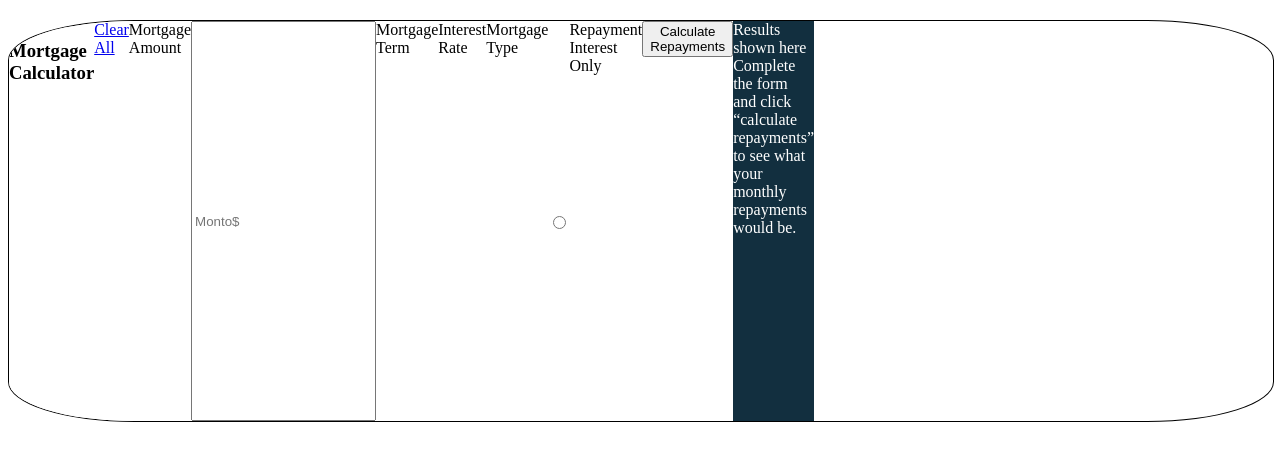
Repository: GravielPV/Mortgage-repayment-calculator
Page: index.html
These files come from the project's save history. The page is drawn as it stood at one moment and after the next save; the edit follows.
The browser window is 1280 px wide. The pictures show the whole page.

Above is the page before, as saved 2025-12-11 16:54:18.

### index.html
<!DOCTYPE html>
<html lang="en">
<head>
  <meta charset="UTF-8">
  <meta name="viewport" content="width=device-width, initial-scale=1.0"> <!-- displays site properly based on user's device -->

  <link rel="icon" type="image/png" sizes="32x32" href="./assets/images/favicon-32x32.png">
  <link rel="stylesheet" href="styles.css">
  <title>Frontend Mentor | Mortgage repayment calculator</title>


</head>
<body>
  <div class="carta">

    <div class="lado izquierdo">

 <h3> Mortgage Calculator </h3>
  <a href="#">Clear All</a>

  <label for="mortgage">Mortgage Amount</label>
<input type="text" name="mortgage" id="input-mortgage" placeholder="Monto$">
<label for="">Mortgage Term</label>
<label for=""> Interest Rate</label>
  <label for="">Mortgage Type</label>
  <input type="radio">
  Repayment
  Interest Only
    </input>
  <div class="boton">

    <button>Calculate Repayments</button>
  </div>

  <!-- Empty results start -->

  <div class="lado derecho">

  Results shown here

  Complete the form and click “calculate repayments” to see what
  your monthly repayments would be.
  </div>

  <!-- Empty results end -->

  <!-- Completed results start -->

  <div class="resultado">
  Your results

  Your results are shown below based on the information you provided.
  To adjust the results, edit the form and click “calculate repayments” again.

  Your monthly repayments

  Total you'll repay over the term
  </div>

  </div>

  <!-- Completed results end -->

</body>
</html>

### styles.css
.carta{
    width: 100%;
    height: 400px;
display: flex;
margin: 20px auto;
border-radius: 10%;
border: 1px solid rgb(0, 0, 0);
 overflow: hidden;
}

.lado{
    width: 50%;
    display: flex;

}

.izquierdo{
display: flex;
    background-color: rgb(255, 255, 255);
}

.derecho{

    background-color: hsl(202, 55%, 16%);
    color: white;
}

.resultado{
    display: none;
}

After the next save:
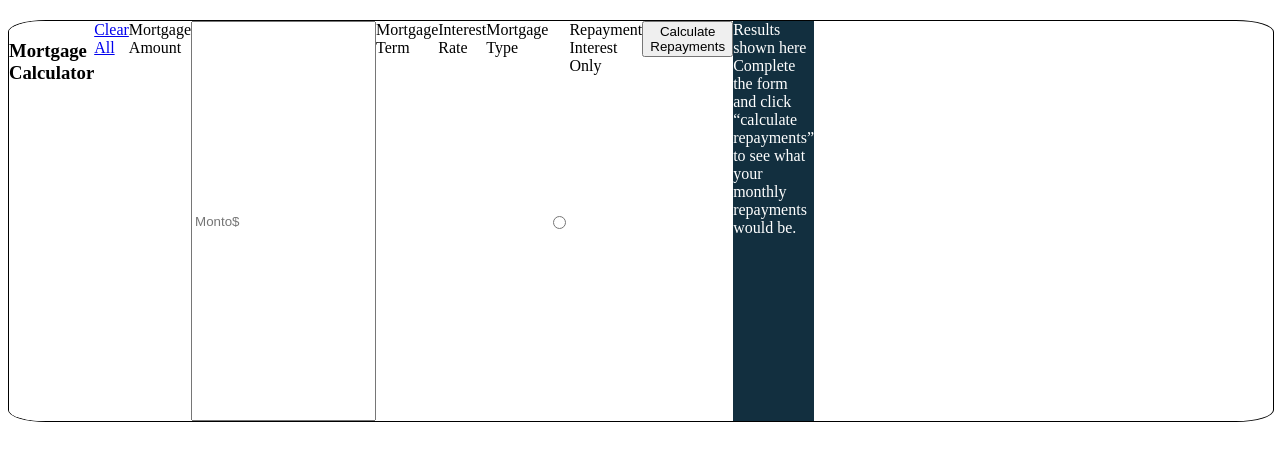
Saved 28 s later.
--- a/styles.css
+++ b/styles.css
@@ -3,7 +3,7 @@
     height: 400px;
 display: flex;
 margin: 20px auto;
-border-radius: 10%;
+border-radius: 3%;
 border: 1px solid rgb(0, 0, 0);
  overflow: hidden;
 }
